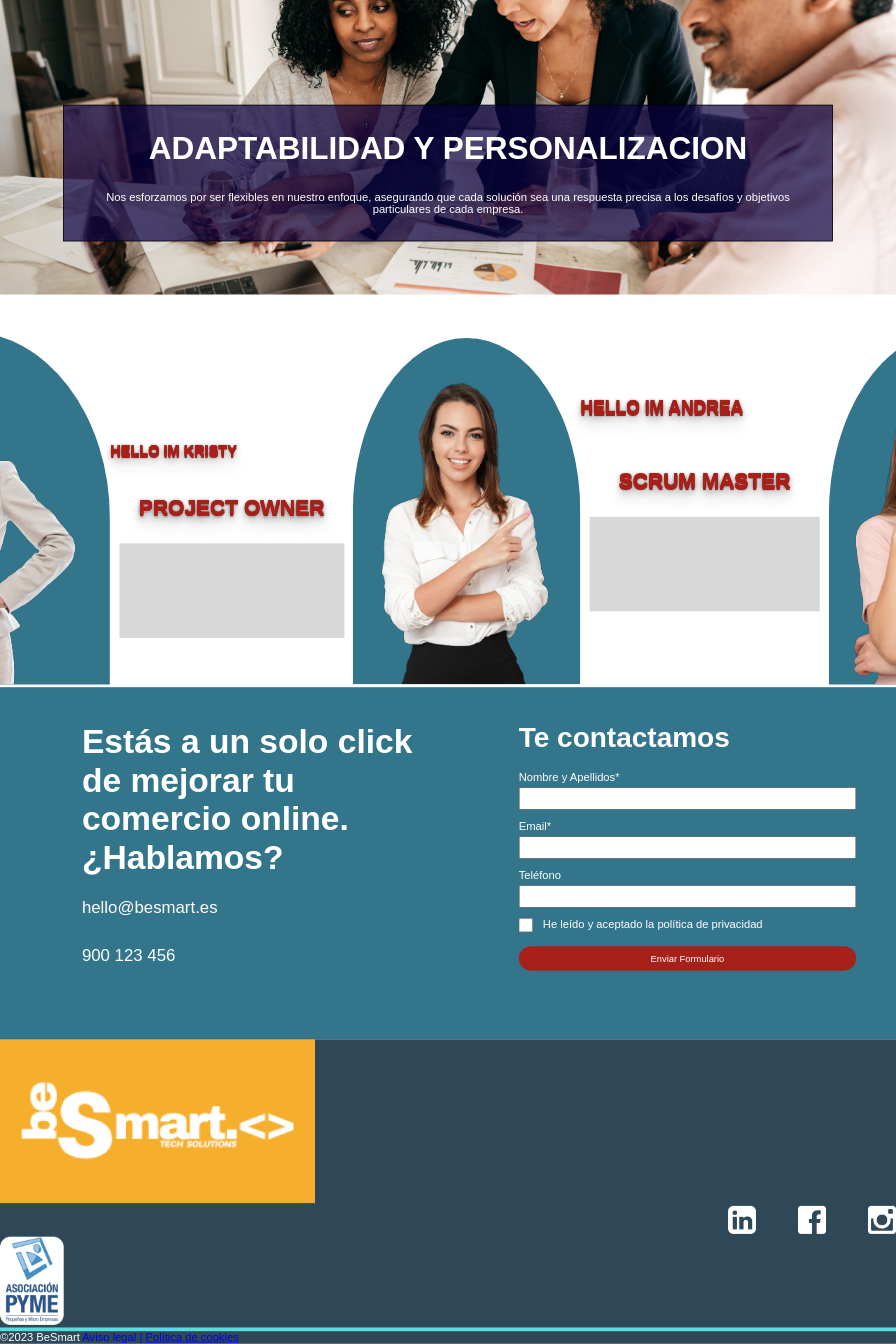
Repository: Andreamartinn17/Proyecto_3_BeSmart
Page: index.html
These files come from the project's save history. The page is drawn as it stood at one moment and after a run of saves; the edit follows.
The browser window is 1280 px wide. The pictures show the part of the page from y = 844 to 2764 px (the page is 2764 px tall), at 70% of full size.

Above is the page before, as saved 2023-12-18 21:07:21.

### index.html

<!DOCTYPE html>
<html lang="es">
<head>
    <!-- Configuración del documento -->
    <meta charset="UTF-8">
    <meta name="viewport" content="width=device-width, initial-scale=1.0">
    <link rel="stylesheet" type="text/css" href="index.css">
    <link rel="preconnect" href="https://fonts.googleapis.com">
    <link rel="preconnect" href="https://fonts.gstatic.com" crossorigin>
    <link href="https://fonts.googleapis.com/css2?family=Montserrat&display=swap" rel="stylesheet">
    <title>BeSmart</title>
     <!-- Inicio Nav header -->
     <!-- Enlace a la fuente de iconos Remix -->
     <link href="https://cdn.jsdelivr.net/npm/remixicon@2.5.0/fonts/remixicon.css" rel="stylesheet">
     <!-- Enlace al archivo de estilos CSS -->
     <link rel="stylesheet" href="./index.css">
 </head>
 <body>
      <div class="content-container">
     <!-- Encabezado (Header) -->
     <header class="header">
         <!-- Navegación principal -->
         <nav class="nav container">
             <!-- Logotipo e icono en la navegación -->
             <div class="nav__data">
                 <a href="#" class="nav__logo">
                     <i class="ri-code-s-slash-line"></i> <img src="./img header/smart-correcto.png" alt="icono" id="header-icono">
                 </a>
                 <!-- Botón de menú para dispositivos móviles -->
                 <div class="nav__toggle" id="nav-toggle">
                     <i class="ri-menu-line nav__toggle-menu"></i>
                     <i class="ri-close-line nav__toggle-close"></i>
                 </div>
             </div>

             <!-- Menú de navegación -->
             <div class="nav__menu" id="nav-menu">
                 <ul class="nav__list">
                     <!-- Elemento de menú vacío -->
                     <li>
                         <a href="#" class="nav__link"></a>
                     </li>
                     <!-- Desplegable 1 (Servicios) -->
                     <li class="dropdown__item">
                         <div class="nav__link dropdown__button">
                            Servicios <i class="ri-arrow-down-s-line dropdown__arrow"></i>
                         </div>
                         <div class="dropdown__container">
                             <div class="dropdown__content">
                                 <div class="dropdown__group">
                                     <!-- Icono y título del desplegable -->
                                     <div class="dropdown__icon">
                                         <i class="ri-flashlight-line"></i>
                                     </div>
                                     <span class="dropdown__title">Servicios</span>
                                     <!-- Lista de servicios -->
                                     <ul class="dropdown__list">
                                         <li>
                                             <a href="#" class="dropdown__link">Servicio 1</a>
                                         </li>
                                         <li>
                                             <a href="#" class="dropdown__link">Servicio 2</a>
                                         </li>
                                         <li>
                                             <a href="#" class="dropdown__link">Servicio 3</a>
                                         </li>
                                     </ul>
                                 </div>
                             </div>
                         </div>
                     </li>
                     <!-- Desplegable 2 (Equipo) -->
                     <li class="dropdown__item">
                         <div class="nav__link dropdown__button">
                             Equipo <i class="ri-arrow-down-s-line dropdown__arrow"></i>
                         </div>
                         <div class="dropdown__container">
                             <div class="dropdown__content">
                                 <div class="dropdown__group">
                                     <!-- Icono y título del desplegable -->
                                     <div class="dropdown__icon">
                                         <i class="ri-code-line"></i>
                                     </div>
                                     <span class="dropdown__title">Equipo</span>
                                     <!-- Lista de integrantes del equipo -->
                                     <ul class="dropdown__list">
                                         <li>
                                             <a href="#" class="dropdown__link">Integrante 1</a>
                                         </li>
                                         <li>
                                             <a href="#" class="dropdown__link">Integrante 2.</a>
                                         </li>
                                         <li>
                                             <a href="#" class="dropdown__link">Integrante 3</a>
                                         </li>
                                     </ul>
                                 </div>
                             </div>
                         </div>
                     </li>

                     <!-- Elementos de menú adicionales -->
                     <li>
                         <a href="#" class="nav__link">Nosotros</a>
                     </li>
                     <li>
                         <a href="#" class="nav__link">Presupuesto</a>
                     </li>
                     <li>
                         <a href="#" class="boton-contacto"><h6>Contacto</h6></a>
                     </li>
                     <!-- Contenedor de elementos adicionales (países) -->
                     <nav class="fondo-paises">
                         <ul>
                             <li><a href="#"><img src="./img header/Bandera_de_España_(sin_escudo).svg.png" alt="" id="bandera-principal"></a>
                                 <ul>
                                     <li><a href="#"><img src="./img header/italia.png" alt="" id="tamaño-paises"></a></li>
                                     <li><a href="#"><img src="./img header/portugal.png" alt="" id="tamaño-paises"></a></li>
                                     <li><a href="#"><img src="./img header/402-4025501_icono-bandera-alemania-png-clipart.png" alt="" id="tamaño-paises"></a></li>
                                 </ul>
                             </li>
                         </ul>
                     </nav>
                 </ul>
             </div>
         </nav>
     </header>
     <!--  Fin Nav header -->

     <!-- Script de JavaScript -->
     <script src="./js.js"></script>
    <section class="main-with-video">
    <video autoplay muted loop class="video_main">
        <source src="imagenes/vídeo_main.mp4" type="video/mp4">
    </video>
    <section class="flexbox-container">
        <div class="logo-in-main">
            <img src="imagenes/logo_mini_yellow2.png" alt="logo be smart">
        </div>
         <div class="h_1">
            SOLUCIONES TECNOLÓGICAS
        </div>
        <div class="h_2">
            Tu negocio local a grande escala.
        </div>
        <div class="contacta_button">
            <button class="button-main-with-video">Contacta con nosotros ></button>
        </div>
       </section>

         <!--SECTION SLIDERS-->
  <h2 class="titulo">NUESTROS VALORES</h2>
  <div class="slider-box">

  <ul>
  <li>
    <img src="imagenes/compromiso.png" alt="">
    <div class="content-valueslider">
      <h2>COMPROMISO CON LA COMUNIDAD LOCAL</h2>
      <p>
        Buscamos fortalecer la red empresarial local mediante la creación de lazos sólidos, apoyando eventos y actividades comunitarias, y contribuyendo al progreso tecnológico que beneficie a todos.
      </p>
    </div>
  </li>
  <li>
    <img src="imagenes/personalizado.png" alt="">
    <div class="content-valueslider">
      <h2>ADAPTABILIDAD Y PERSONALIZACION</h2>
      <p>
        Nos esforzamos por ser flexibles en nuestro enfoque, asegurando que cada solución sea una respuesta precisa a los desafíos y objetivos particulares de cada empresa.
      </p>
    </div>
  </li>
  <li>
    <img src="imagenes/educacion2.png" alt="">
    <div class="content-valueslider">
      <h2>EDUCACION Y TRANSPARENCIA</h2>
      <p>
        Nos comprometemos a educar y capacitar a nuestros clientes locales, proporcionando información clara y transparente sobre nuestras soluciones y procesos.
      </p>
    </div>
  </li>
  <li>
    <img src="imagenes/educacion2.png" alt="">
    <div class="content-valueslider">
      <h2>EDUCACION Y TRANSPARENCIA</h2>
      <p>
        Nos comprometemos a educar y capacitar a nuestros clientes locales, proporcionando información clara y transparente sobre nuestras soluciones y procesos.
      </p>
    </div>
  </li>
  </ul>
  </div>
    <!--SECTION SLIDERS/-->
       <!-- TEAM SECTION-->
    <main class="sliderteam">
        <section class="team">
        <!--Background class-->
            <script>
                // Función para realizar un scroll automático
                function autoScroll() {
                    const teamContainer = document.querySelector('.team');
                    const scrollAmount = 50; // Ajusta la velocidad del scroll según sea necesario

                    // Mueve el scroll horizontalmente
                    teamContainer.scrollLeft += scrollAmount;

                    // Si alcanza el final, reinicia al principio
                    if (teamContainer.scrollLeft >= teamContainer.scrollWidth - teamContainer.clientWidth) {
                        teamContainer.scrollLeft = 0;
                    }
                }
                // Configura un intervalo para llamar a la función de scroll automático
                setInterval(autoScroll, 1000); // Ajusta el intervalo según sea necesario (en milisegundos)
            </script>
            <!--proyectowner-->
            <article class="content">
            <div class="flex">
                <img class="teampicture" src="./img_team/projectowner.png" alt="imagen project owner en el cual aparece mujer de 20 años con traje de pantalon y mericana blanca">
            <div class="content1">
                <aside class="profession">
                    <div class="heyim">
                        <h1>HELLO IM KRISTY</h1>
                  </div>
                   <h2>PROJECT OWNER</h2>
                </aside>
                <aside class="descriptionright">
                    <p><span>
                Imagina que soy el chef de un restaurante, pero en lugar de crear platillos, diseño experiencias digitales que harán que los usuarios se chupen los dedos. Mi día a día implica equilibrar las necesidades del cliente con la visión del equipo de desarrollo.
                ¡Es como jugar al tetris con requisitos y funcionalidades!
                    </span></p>
                </aside>
            </div>
            </div>
            </article>
        <!--Scrum master-->
            <article class="content">

            <div class="flex">
                <img class="teampicture" src="./img_team/scrummaster.png" alt="imagen project owner en el cual aparece mujer de 20 años con traje de pantalon y mericana blanca">
            <div class="content1">
                    <div class="heyim">
                           <h1>HELLO IM ANDREA</h1>
                     </div>
                    <aside class="profession">
                   <h2>SCRUM MASTER</h2>
                </aside>
                <aside class="descriptionright">
                    <p><span>
                Imagina que soy el chef de un restaurante, pero en lugar de crear platillos, diseño experiencias digitales que harán que los usuarios se chupen los dedos. Mi día a día implica equilibrar las necesidades del cliente con la visión del equipo de desarrollo.
                ¡Es como jugar al tetris con requisitos y funcionalidades!
                    </span></p>
                </aside>
            </div>
            </div>
            </article>
            <!--Diseñador gráfico-->
            <article class="content">

            <div class="flex">
                <img class="teampicture" src="./img_team/diseñográfico.png" alt="imagen project owner en el cual aparece mujer de 20 años con traje de pantalon y mericana blanca">
            <div class="content1">
                <div class="heyim">
                           <h1>HELLO IM ANTONIA</h1>
                </div>
                <aside class="profession">
                   <h2>DISEÑADORA GRÁFICA</h2>
                </aside>
                <aside class="descriptionright">
                    <p><span>
                Imagina que soy el chef de un restaurante, pero en lugar de crear platillos, diseño experiencias digitales que harán que los usuarios se chupen los dedos. Mi día a día implica equilibrar las necesidades del cliente con la visión del equipo de desarrollo.
                ¡Es como jugar al tetris con requisitos y funcionalidades!
                    </span></p>
                </aside>
            </div>
            </div>
            </article>
            <!--Desarrollador web FROND END-->
                    <article class="content">
            <div class="flex">
                <img class="teampicture" class="teampicture" src="./img_team/frondend.png" alt="imagen project owner en el cual aparece mujer de 20 años con traje de pantalon y mericana blanca">
            <div class="content1">
                <div class="heyim">
                    <h1>HELLO IM BEA</h1>
                </div>
            <aside class="profession">
                   <h2>DESARROLLADORA FRONDEND</h2>
                </aside>
                <aside class="descriptionright">
                    <p><span>
                Imagina que soy el chef de un restaurante, pero en lugar de crear platillos, diseño experiencias digitales que harán que los usuarios se chupen los dedos. Mi día a día implica equilibrar las necesidades del cliente con la visión del equipo de desarrollo.
                ¡Es como jugar al tetris con requisitos y funcionalidades!
                    </span></p>
                </aside>
            </div>
            </div>
            </article>
            <!--dESARROLLADORA BACK END-->
            <article class="content">

            <div class="flex">
                <img class="teampicture" src="./img_team/backend.png" alt="imagen project owner en el cual aparece mujer de 20 años con traje de pantalon y mericana blanca">
            <div class="content1">
                  <div class="heyim">
                           <h1>HELLO IM TRIANA</h1>
                  </div>
                <aside class="profession">
                   <h2>DESARROLLADORA BACKEND</h2>
                </aside>
                <aside class="descriptionright">
                    <p><span>
                Imagina que soy el chef de un restaurante, pero en lugar de crear platillos, diseño experiencias digitales que harán que los usuarios se chupen los dedos. Mi día a día implica equilibrar las necesidades del cliente con la visión del equipo de desarrollo.
                ¡Es como jugar al tetris con requisitos y funcionalidades!.
                    </span></p>
                </aside>
            </div>
            </div>
            </article>
        </section>
    </main>
    <!-- FOOTER-->
    <footer class="footer-general">
        <section class="first-footer">
            <div class="contact-footer">
                <h3 class="h3-hablamos">Estás a un solo click de mejorar tu comercio online. ¿Hablamos?</h3>
                <p class="email-footer">hello@besmart.es</p>
                <p class="phone-footer">900 123 456</p>
            </div>
            <div class="form-footer">
                <h4 class="form-tittle">Te contactamos</h4>
                <form action="/procesar_formulario" method="post">
                    <!-- Campo Nombre y Apellidos -->
                    <label class="label-footer" for="nombre_apellidos">Nombre y Apellidos*</label>

                    <input class="input-form" type="text" id="nombre_apellidos" name="nombre_apellidos" required>

                    <!-- Campo Email -->
                    <label class="label-footer" for="email">Email*</label>

                    <input class="input-form" type="email" id="email" name="email" required>

                    <!-- Campo Teléfono -->
                    <label class="label-footer" for="telefono">Teléfono</label>

                    <input class="input-form" type="tel" id="telefono" name="telefono" required>

                    <label class="label-footer">
                    <input class="checkbox-form" type="checkbox" id="aceptar_terminos" name="aceptar_terminos">
                    He leído y aceptado la política de privacidad
                    </label>
                    <button type="submit-form" class="btn-form-footer">Enviar Formulario</button>
                </form>

            </div>
        </section>
        <section class="second-footer">
            <div class="logo-footer">
                <img class="img-logo-footer" src="Images footer/be_smart_yellow_2.png" alt="logo" width=""/>
            </div>
            <div class="rrss-footer">
                <a href="https://www.linkedin.com/">
                <img class="images-rrss" src="Images footer/LinkedIn's-Logo.png" alt="linkedin" width="40">
                </a>
                <a href="https://www.facebook.com/?locale=es_ES">
                <img class="images-rrss" src="Images footer/Facebook's-Logo.png" alt="facebook" width="40">
                </a>
                <a href="https://www.instagram.com/">
                <img class="images-rrss" src="Images footer/Instagram's-Logo.png" alt="instagram" width="40">
                </a>
            </div>
            <div class="pymes-footer">
                <img class="pymes-image" src="Images footer/pyme-logo.png" alt="pyme" width="">
            </div>
        </section>
        <section class="final-footer">
            <div class="copy-footer">
                ©2023 BeSmart
                    <a href="#">Aviso legal</a>
                    <a href="#" Política de Privacidad </a> | <u>Política de cookies</u>
            </div>
        </section>
    </footer>
</body>
</html>

Loaded but not shown: js.js (64 lines, source omitted); index.css (1101 lines, source omitted)

After the next 2 saves:
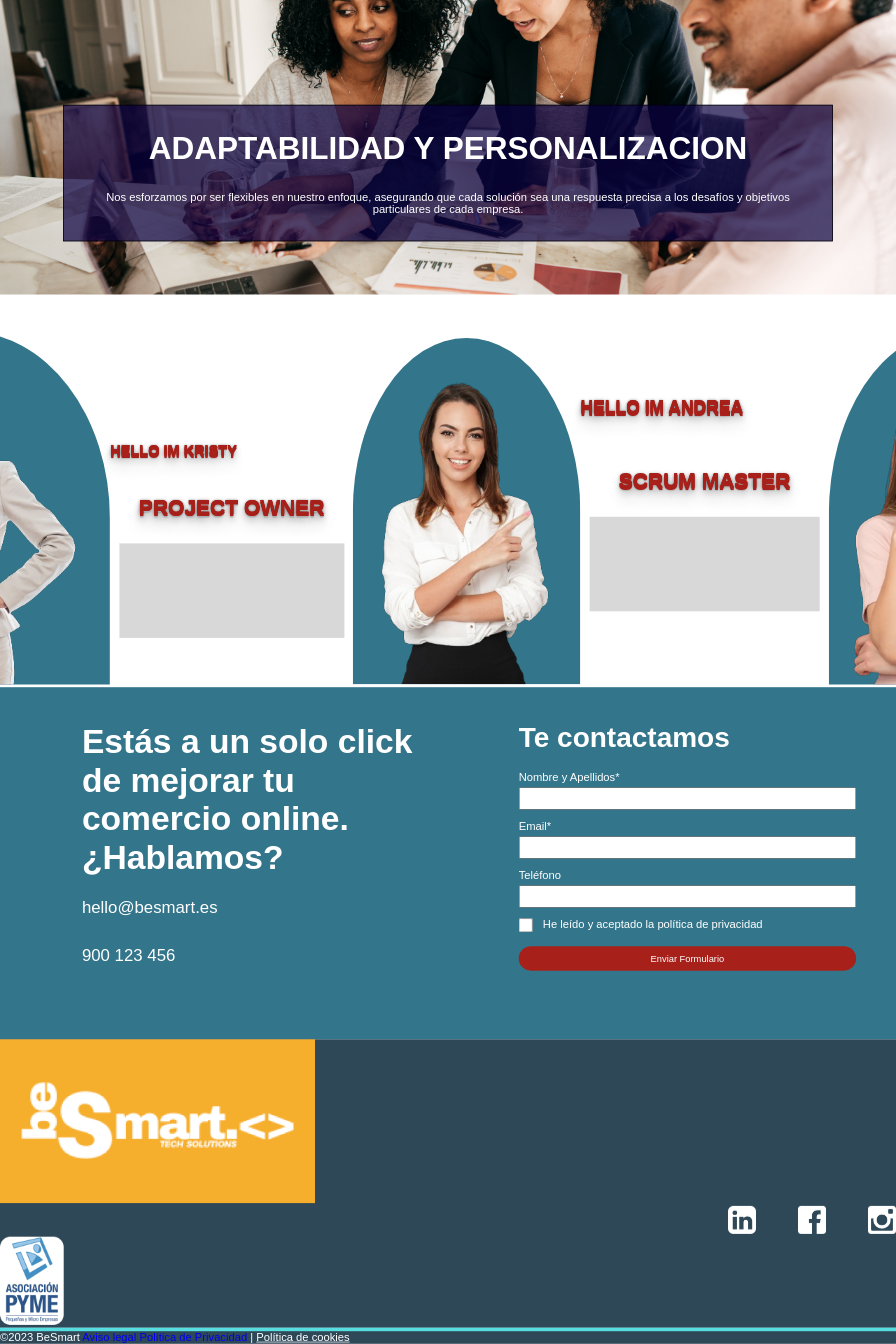
The 2 saves are shown as one change because they came seconds apart.
The last was saved 7 s later.
--- a/index.html
+++ b/index.html
@@ -377,7 +377,7 @@
             <div class="copy-footer">
                 ©2023 BeSmart
                     <a href="#">Aviso legal</a>
-                    <a href="#" Política de Privacidad </a> | <u>Política de cookies</u>
+                    <a href="#">Política de Privacidad </a> | <u>Política de cookies</u>
             </div>
         </section>
     </footer>
